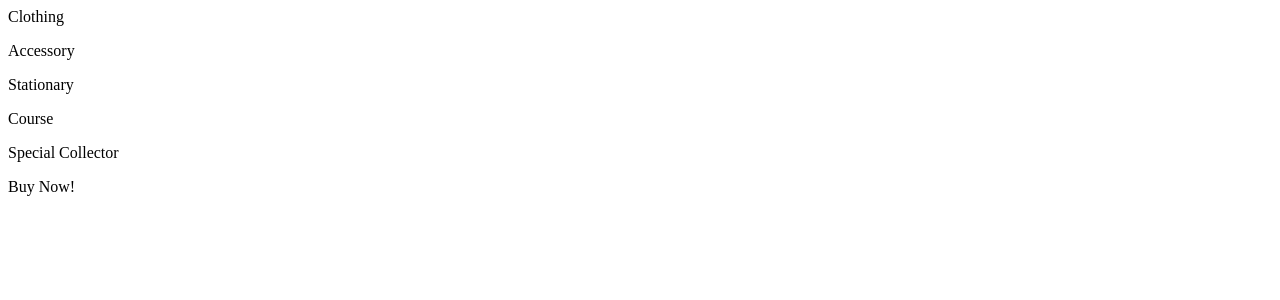
Repository: TuanTram2401/RMIT-Website
Page: index.html
An editor plug-in stored every save of this project. The page is shown before and after the next save, followed by the edit.
The browser window is 1280 px wide. The pictures show the whole page.

Above is the page before, as saved 2024-11-05 10:40:58.

After the next save:
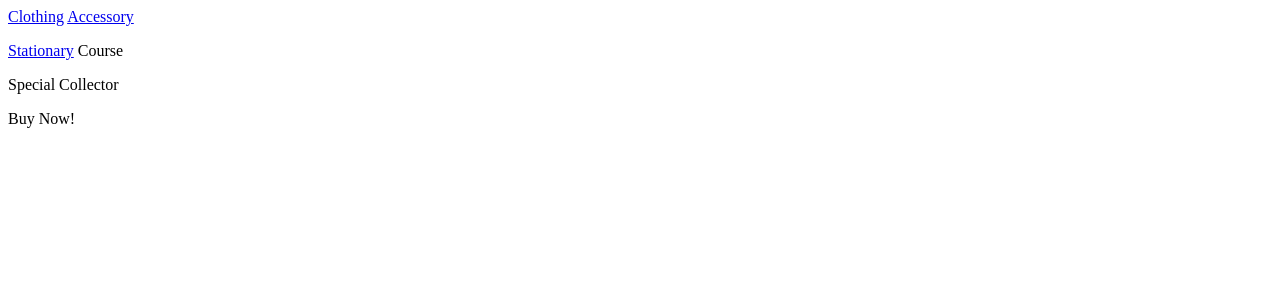
Saved 21 min 45 s later.
--- a/index.html
+++ b/index.html
@@ -7,10 +7,10 @@
 <main>
     <body>
         <a href="index.html"img="src=./assets/images/slider.jpg"alt="RMIT-logo"width="300"></a>
-        <p>Clothing</p>
-        <p>Accessory</p>
-        <p>Stationary</p>
-        <p>Course</p>
+        <a href="https://www.campusstore.rmit.edu.au/collections/clothing">Clothing</a>
+        <a href="https://www.campusstore.rmit.edu.au/collections/Accessory">Accessory</p>
+        <a href="https://www.campusstore.rmit.edu.au/collections/Stationary">Stationary</a>
+        <a hre="https://www.campusstore.rmit.edu.au/collections/course">Course</a>
         <p>Special Collector</p>
         <p>Buy Now!</p>
     </body>
